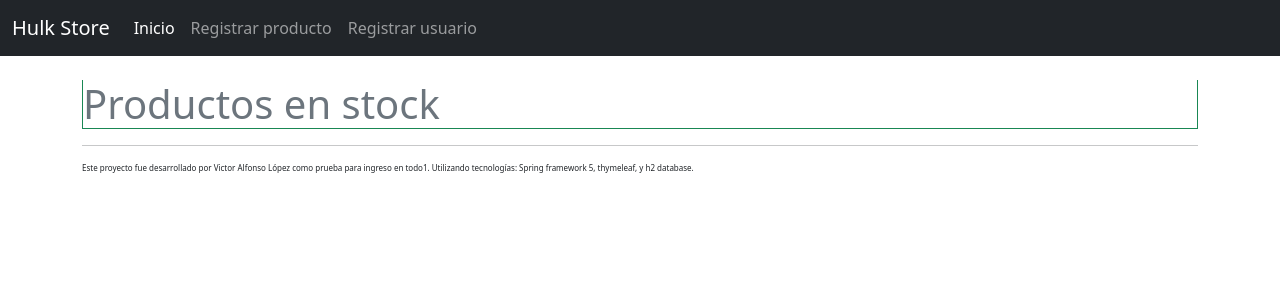
Repository: alfonsoLopez1992/PruebaTODO1
Page: http://localhost/index
The author's editor kept a copy of each file at every save. The page is drawn from the files as they stood at one save, then again after the next save.
The browser window is 1280 px wide. The pictures show the whole page.
Some web libraries are served in a nearby version. The page is this project's Thymeleaf template; nobody is signed in. The template is opened directly, without the code that normally fills it, so the values that code supplies are empty.

Above is the page before, as saved 2021-02-15 21:37:23.

### hulk-store-internet/src/main/resources/templates/index.html
<!DOCTYPE html>
<html xmlns:th="http://www.thymeleaf.org">
<head th:replace="layout/layout :: head">
</head>
<body>

	<header th:replace="layout/layout :: header"></header>

	<div class="container">
		<br />

		<h1
			class="text-secondary border border-success border-top-0 border-left-0 border-right-0">Productos
			en stock</h1>

		<div th:each="producto: ${productos}">
			<div class="card" style="width: 18rem;">
				<div class="text-center">
					<img th:src="${producto.imagenUrl}"
						style="width: 250px; height: 200px;" class="rounded"
						th-alt="${producto.nombreCorto}">
				</div>

				<div class="card-body">
					<h5 class="card-title" th:text="${producto.nombre}"></h5>
					<p class="card-text" th:text="${producto.descripcion}"></p>
					Costo $: <b>
						<p style="font-size: 20px;" class="card-text"
							th:text=" ${producto.costo}"></p>
					</b> <a href="#" class="btn btn-primary">Comprar</a>
				</div>
			</div>
			<br />
		</div>

	</div>


	<footer th:replace="layout/layout :: footer"></footer>

</body>
</html>

### hulk-store-internet/src/main/resources/templates/layout/layout.html
<!DOCTYPE html>
<html xmlns:th="http://www.thymeleaf.org">
<head th:fragment="head">
<meta charset="UTF-8">
<title>Hulk store</title>
<link
	href="https://cdn.jsdelivr.net/npm/bootstrap@5.0.0-beta2/dist/css/bootstrap.min.css"
	rel="stylesheet"
	integrity="sha384-BmbxuPwQa2lc/FVzBcNJ7UAyJxM6wuqIj61tLrc4wSX0szH/Ev+nYRRuWlolflfl"
	crossorigin="anonymous">

</head>
<body>
	<header th:fragment="header">
		<nav class="navbar navbar-expand-lg navbar-dark bg-dark">
			<div class="container-fluid">
				<a class="navbar-brand" href="#">Hulk Store</a>
				<button class="navbar-toggler" type="button"
					data-bs-toggle="collapse" data-bs-target="#navbarNav"
					aria-controls="navbarNav" aria-expanded="false"
					aria-label="Toggle navigation">
					<span class="navbar-toggler-icon"></span>
				</button>
				<div class="collapse navbar-collapse" id="navbarNav">
					<ul class="navbar-nav">
						<li class="nav-item"><a class="nav-link active"
							aria-current="page" href="http://localhost:8080/">Inicio</a></li>

						<li class="nav-item"><a class="nav-link" href="http://localhost:8080/producto/listar">Registrar producto</a>
						</li>
						<li class="nav-item"><a class="nav-link" href="http://localhost:8080/usuario/index">Registrar usuario</a>
						</li>
					</ul>
				</div>
			</div>
		</nav>
	</header>
	<div class="container"></div>


	<footer th:fragment="footer" class="container">
		<hr />
		<p style="font-size: 8px !important;">Este proyecto fue desarrollado por Victor Alfonso López como
			prueba para ingreso en todo1. Utilizando tecnologías: Spring framework 5, thymeleaf, y h2 database.</p>
		<script
			src="https://cdn.jsdelivr.net/npm/bootstrap@5.0.0-beta2/dist/js/bootstrap.bundle.min.js"
			integrity="sha384-b5kHyXgcpbZJO/tY9Ul7kGkf1S0CWuKcCD38l8YkeH8z8QjE0GmW1gYU5S9FOnJ0"
			crossorigin="anonymous"></script>
		<script
			src="https://cdn.jsdelivr.net/npm/@popperjs/core@2.6.0/dist/umd/popper.min.js"
			integrity="sha384-KsvD1yqQ1/1+IA7gi3P0tyJcT3vR+NdBTt13hSJ2lnve8agRGXTTyNaBYmCR/Nwi"
			crossorigin="anonymous"></script>
		<script
			src="https://cdn.jsdelivr.net/npm/bootstrap@5.0.0-beta2/dist/js/bootstrap.min.js"
			integrity="sha384-nsg8ua9HAw1y0W1btsyWgBklPnCUAFLuTMS2G72MMONqmOymq585AcH49TLBQObG"
			crossorigin="anonymous"></script>

	</footer>



</body>
</html>

After the next save:
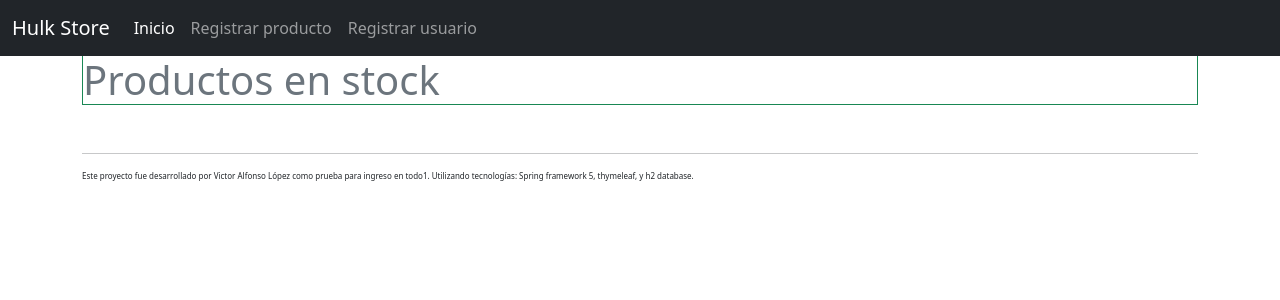
Saved 15 s later.
--- a/hulk-store-internet/src/main/resources/templates/index.html
+++ b/hulk-store-internet/src/main/resources/templates/index.html
@@ -7,12 +7,12 @@
 	<header th:replace="layout/layout :: header"></header>
 
 	<div class="container">
-		<br />
+
 
 		<h1
 			class="text-secondary border border-success border-top-0 border-left-0 border-right-0">Productos
 			en stock</h1>
-
+<br />
 		<div th:each="producto: ${productos}">
 			<div class="card" style="width: 18rem;">
 				<div class="text-center">
